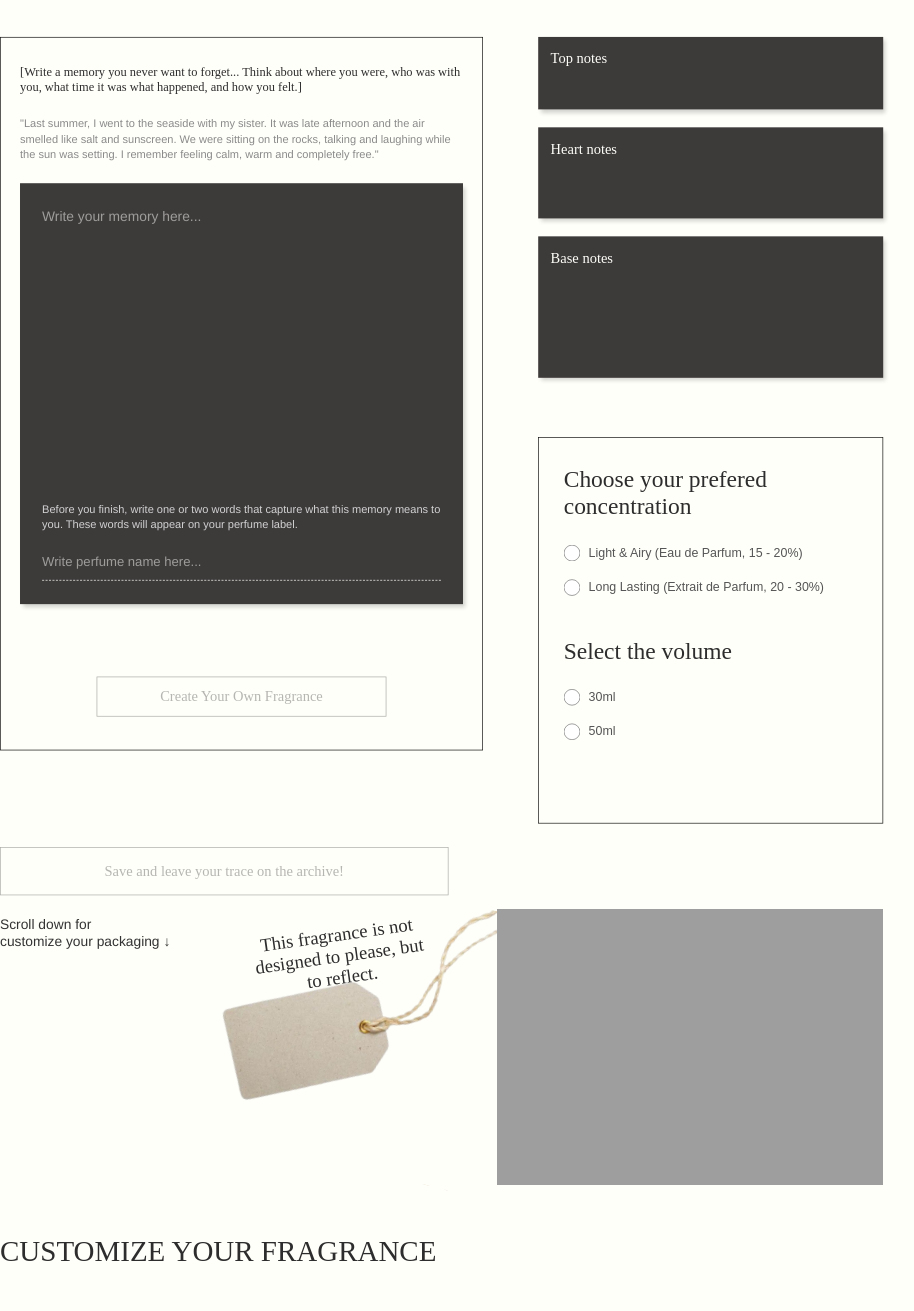
Repository: doagunes/Sillage
Page: /create
These files come from the project's save history. The page is drawn as it stood at one moment and after a run of saves; the edit follows.
The browser window is 1280 px wide. The page is 1325 px wide, so the pictures cover 1325 px, including what lies to the right of the window. The pictures show the part of the page from y = 773 to 2673 px (the page is 4240 px tall), at 69% of full size.
Pictures or frames that could not be fetched are drawn as grey boxes. Some web fonts or font styles are not loaded; a fallback is used. The project was rebuilt for these pictures with package versions that can differ from the ones it lists, and the page was loaded fresh each time. Also part of the build but not shown: vite.config.js, src/pages/SignUp.css, src/pages/SignUp.jsx, src/pages/Login.css, src/pages/Login.jsx, src/components/DynamicPerfumeBottle.css, src/components/DynamicPerfumeBottle.jsx, src/pages/Account.css and 17 more.

Above is the page before, as saved 2026-06-06 12:49:31.

After the next 4 saves:
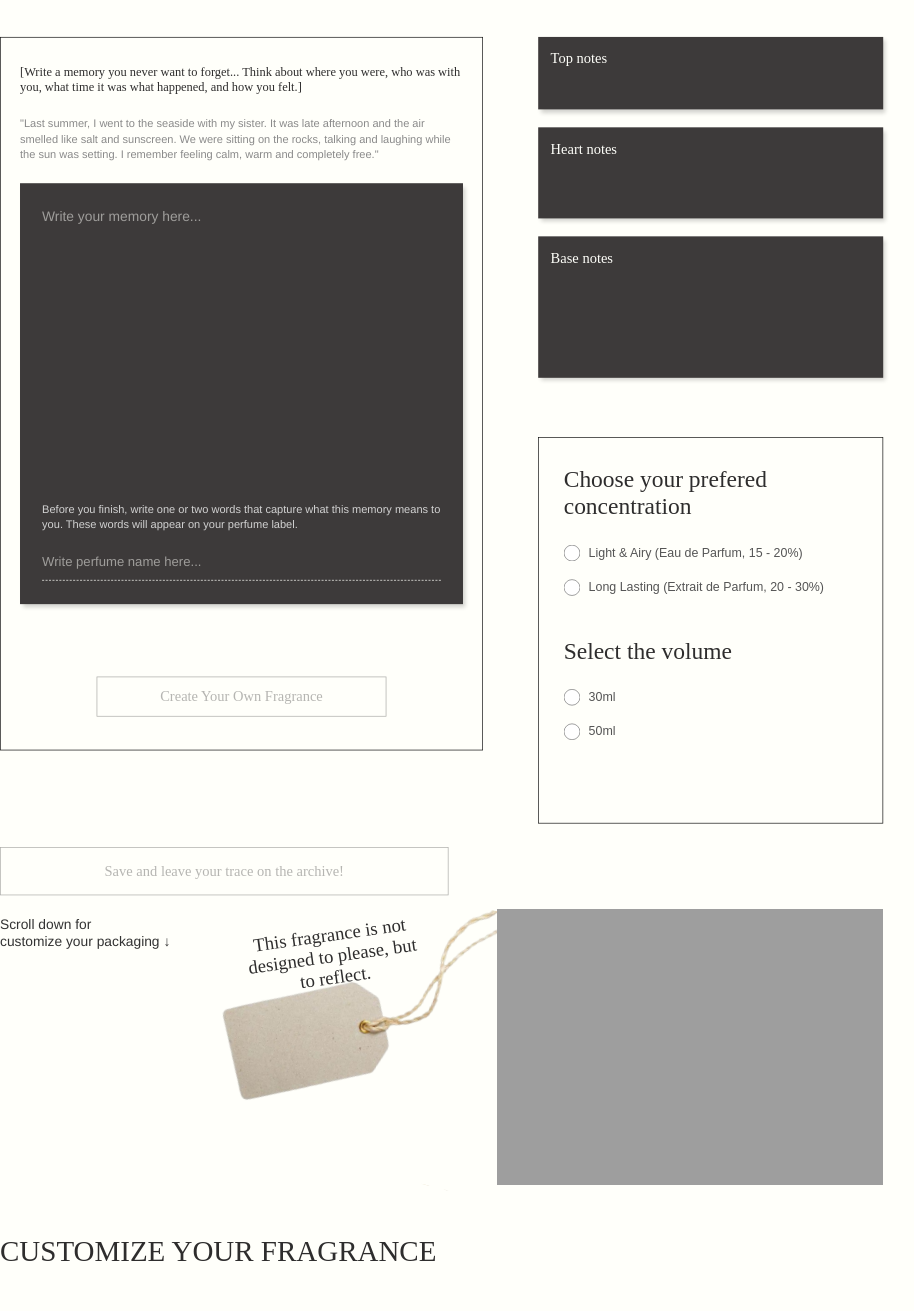
The 4 saves are shown as one change because they came seconds apart.
The last was saved 66 s later.
--- a/src/pages/Create.css
+++ b/src/pages/Create.css
@@ -348,7 +348,7 @@
 
 .tag-text {
   position: absolute;
-  left: 105px;
+  left: 95px;
   top: 112px;
 
   width: 260px;
